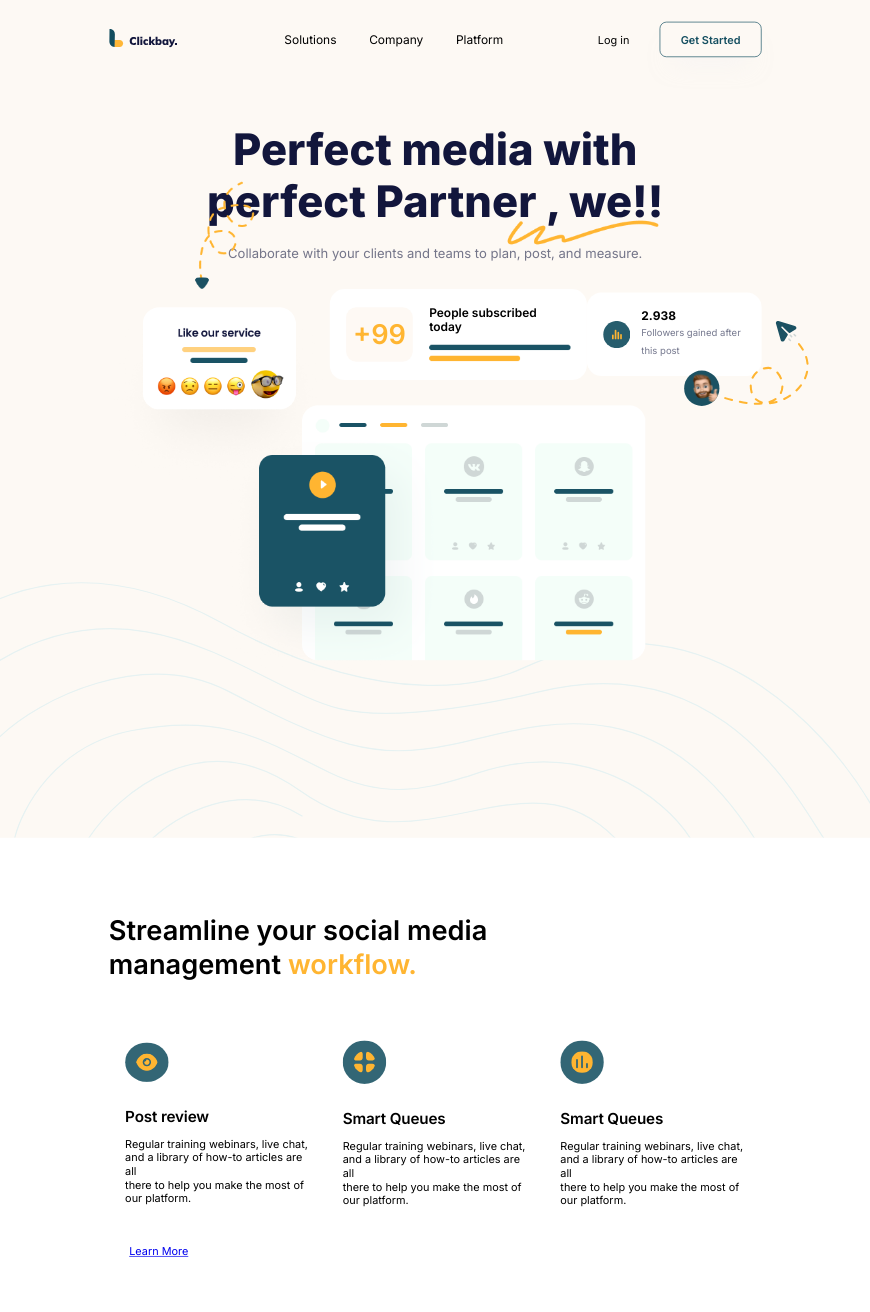
Repository: badhon252/Clickbay
Page: index.html
An editor plug-in stored every save of this project. The page is shown before and after the next save, followed by the edit.
The browser window is 1280 px wide. The pictures show the whole page, at 68% of full size.
The style sheet was rebuilt from its Sass, Less or Tailwind sources for each picture, by a compiler version that may differ from the author's.

Above is the page before, as saved 2022-09-05 02:03:45.

### index.html
<!DOCTYPE html>
<html lang="en">

<head>
    <meta charset="UTF-8">
    <meta http-equiv="X-UA-Compatible" content="IE=edge">
    <meta name="viewport" content="width=device-width, initial-scale=1.0">
    <link rel="stylesheet" href="./scss/style.css">
    <title>Clickbay</title>
</head>

<body>
    <header class="">
        <img src="./images/Group 676.svg" alt="" class="header-img">
        <div class="container">


            <nav class="navbar">
                <div class="navbar_brand">
                    <img src="./images/logo.svg" alt="Image not found!">
                </div>

                <ul class="nav">
                    <li class="nav-items"><a href="" class="nav-links">Solutions</a></li>
                    <li class="nav-items"><a href="" class="nav-links">Company</a></li>
                    <li class="nav-items"><a href="" class="nav-links">Platform</a></li>
                </ul>

                <div class="nav-btns">
                    <button class="btn nav-log">Log in</button>
                    <button class="btn nav-start">Get Started</button>
                </div>
            </nav>

            <div class="header-content">
                <h1 class="h1 my-4 text-center">
                    Perfect media with <br> perfect Partner , we!!
                </h1>
                <img src="./images/Vector 735.png" alt="" class="signature text-center">
                <p class="text-center">Collaborate with your clients and teams to plan, post, and measure.</p>

                <div class="company-stat">
                    <div class="row">
                        <div class="col-md-4">
                            <img src="./images/Group 689.png" class="" alt="">
                        </div>
                        <div class="col-md-4 subscriber">
                            <span class="">+99</span>
                            <div>
                                <h2>People subscribed today</h2>
                                <img src="./images/Group 678.png" alt="">
                            </div>
                        </div>
                        <div class="col-md-4 follow">
                            <div class="follower">

                                <img src="./images/Group 1037.svg" alt="">
                                <div>
                                    <h3>2.938</h3>
                                    <p>Followers gained after this post</p>
                                </div>
                            </div>
                            <div class="following">
                                <img src="./images/Group 1041.svg" alt="">
                            </div>
                        </div>
                    </div>
                </div>

                <img src="./images/Group 933.png" alt="" class="group-933">

            </div>
        </div>
    </header>

    <section class="second_section container">
        <h2 class="h2 my-3">
            Streamline your social media <br> management <span> workflow.</span>
        </h2>
        <div class="row">

            <div class="card">
                <img src="./images/Show.svg" class="my-1" alt="">
                <h3 class="my-1">Post review</h3>
                <p class="my-1">Regular training webinars, live chat, <br> and a library of how-to articles are all<br>
                    there to help
                    you make
                    the most of<br> our platform.</p>
            </div>

            <div class="card">
                <img src="./images/Category.svg" class="my-1" alt="">
                <h3 class="my-1">Smart Queues</h3>
                <p class="my-1">Regular training webinars, live chat, <br> and a library of how-to articles are all<br>
                    there to help
                    you make
                    the most of<br> our platform.</p>
            </div>

            <div class="card">
                <img src="./images/Chart.svg" class="my-1" alt="">
                <h3 class="my-1">Smart Queues</h3>
                <p class="my-1">Regular training webinars, live chat, <br> and a library of how-to articles are all<br>
                    there to help
                    you make
                    the most of<br> our platform.</p>
            </div>

        </div>
        <button class="btn">
            <a href="#">Learn More</a>
        </button>
    </section>
</body>

</html>

### scss/style.scss
@import url("https://fonts.googleapis.com/css2?family=Inter:wght@400;600;700;800;900&display=swap");
* {
  margin: 0;
  padding: 0;
  box-sizing: border-box;
  font-family: "Inter", sans-serif;
  // font-family: 'Poppins';
}
.container {
  margin: 0 10rem;
}
.btn {
  outline: none;
  border: none;
  padding: 15px 30px;
  font-size: 1rem;
  background-color: transparent;
}
.h1 {
  font-size: 4rem;
}
.text-center {
  text-align: center;
}
// margin
.my-1 {
  margin: 1rem 0;
}
.my-2 {
  margin: 2rem 0;
}
.my-3 {
  margin: 3rem 0;
}
.my-4 {
  margin: 4rem 0;
}
.my-5 {
  margin: 5rem 0;
}

// grid system using flex

//==============================
//===================
//==============================

header {
  .row {
    display: flex;
    justify-content: space-evenly;
    align-items: center;
  }
  background-color: #fdf9f4;
  min-height: 100vh;
  position: relative;
  overflow: hidden;

  .header-img {
    position: absolute;
    bottom: 0;
    right: 0;
    z-index: 1;
    width: 100%;
  }
  .navbar {
    color: #282b4d;
    padding: 2rem 0;
    display: flex;
    justify-content: space-between;
    align-items: center;
    font-weight: 500;
    .nav {
      display: flex;
      .nav-items {
        margin-left: 3rem;
        list-style-type: none;
        .nav-links {
          text-decoration: none;
          color: black;
          font-size: 1.1rem;
          font-weight: 500;
        }
      }
    }

    .nav-start {
      border: 1px solid #1a5365;
      box-shadow: 0px 25px 35px -20px rgba(232, 236, 243, 0.5);
      border-radius: 10px;
      color: #154f61;
      font-weight: 600;
      margin-left: 10px;
    }
  }

  .header-content {
    .h1 {
      font-weight: 800;
      margin-bottom: -0.6rem;
      color: #12163c;
    }
    .signature {
      display: block;
      margin: 0 auto;
      transform: translateX(217px);
    }
    p {
      font-size: 1.2rem;
      font-weight: 500;
      line-height: 27px;
      color: #12163c94;
    }

    .company-stat {
      transform: translateY(-120px);
      .subscriber {
        display: flex;
        align-items: center;
        background-color: #fff;
        padding: 1.5rem;
        border-radius: 22px;
        span {
          font-weight: 600;
          font-size: 40px;
          line-height: 60px;
          background-color: #fef9f4;
          color: #ffb531;
          padding: 10px;
          border-radius: 15px;
          margin-right: 1.5rem;
        }
        h2 {
          font-size: 1.1rem;
          font-weight: 600;
          padding-bottom: 1rem;
        }
      }

      .follow {
        position: relative;
        z-index: 11;

        .follower {
          display: flex;
          align-items: center;
          background-color: #fff;
          padding: 1.5rem;
          border-radius: 22px;
          img {
            padding-right: 1rem;
          }
          h3 {
            font-size: 1.1rem;
          }
          p {
            font-size: 14px;
          }
        }
        .following {
          position: absolute;
          top: 42px;
          right: -70px;
        }
      }
    }

    .group-933 {
      position: relative;
      margin: 0 auto;
      top: -240px;
      display: block;
      z-index: 9999;
    }
  }
}

.second_section {
  padding: 4rem 0;
  .row {
    display: flex;
    justify-content: space-between;
    align-items: center;
  }
  h2 {
    font-size: 2.5rem;
    font-weight: 600;
    span {
      color: #ffb531;
    }
  }

  .card {
    padding: 1.5rem;

    img {
      background-color: #336675;
      padding: 1rem;
      border-radius: 50%;
    }

    h3 {
      font-size: 1.4rem;
      font-weight: 600;
      line-height: 29px;
      letter-spacing: -0.01em;
    }
  }
}

After the next save:
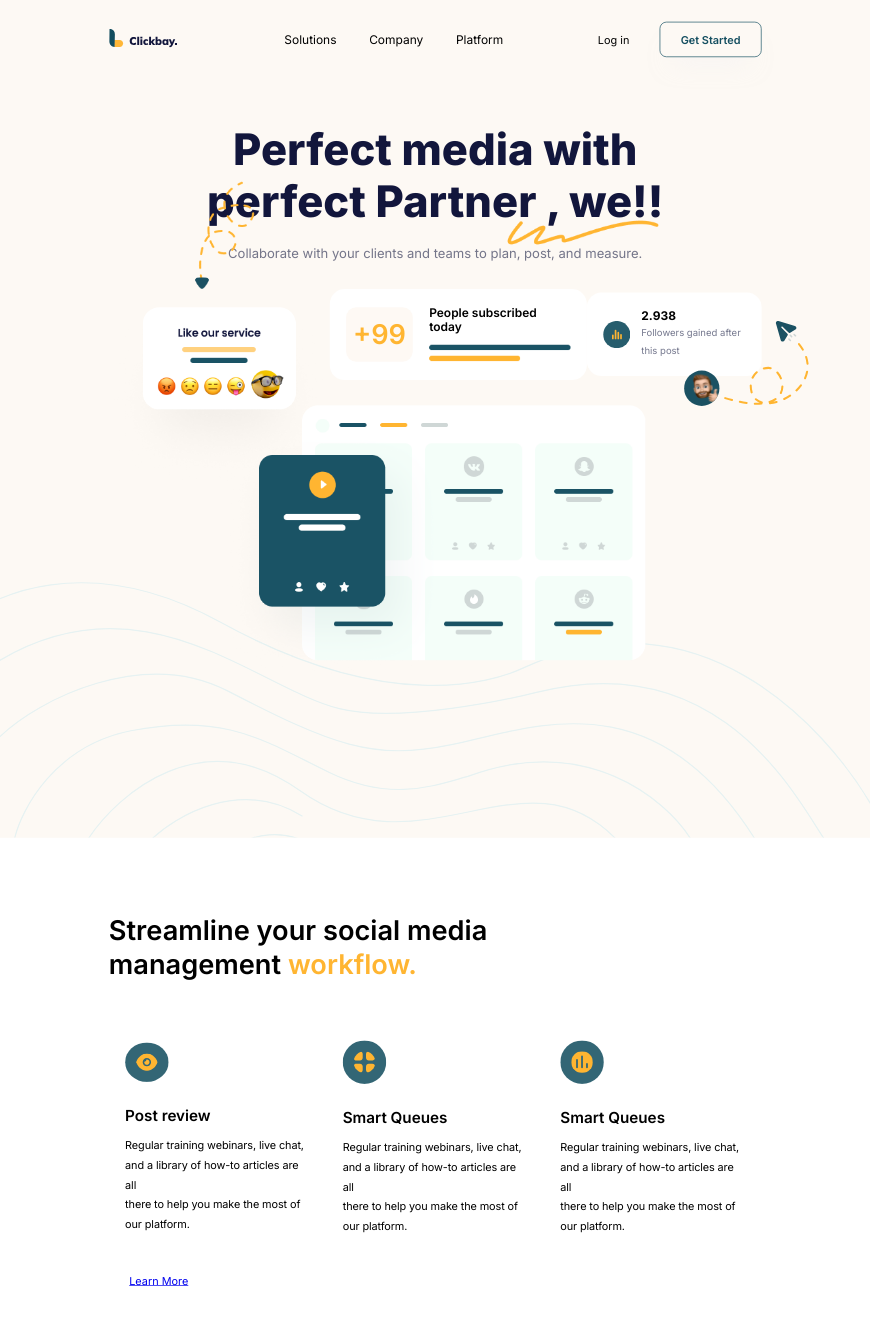
Saved 49 s later.
--- a/scss/style.scss
+++ b/scss/style.scss
@@ -202,6 +202,9 @@ header {
     h3 {
       font-size: 1.4rem;
       font-weight: 600;
+    }
+
+    p {
       line-height: 29px;
       letter-spacing: -0.01em;
     }
